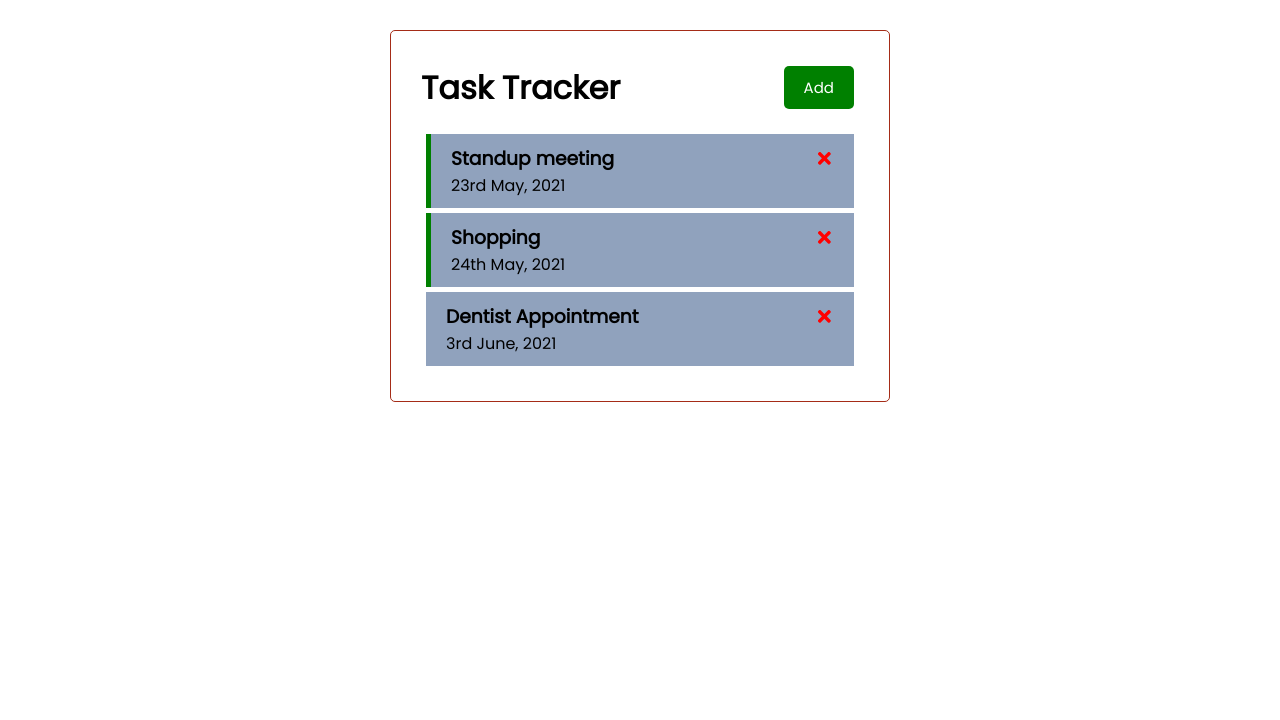
Repository: NIMRAH97/React-Strap-Test
Page: /
An editor plug-in stored every save of this project. The page is shown before and after the next save, followed by the edit.
The browser window is 1280 px wide. The pictures show the whole page.
The project was rebuilt for these pictures with package versions that can differ from the ones it lists, and the page was loaded fresh each time.

Above is the page before, as saved 2021-05-22 20:38:24.

### src/index.css
@import url('https://fonts.googleapis.com/css2?family=Poppins:wght@300;400&display=swap');

* {
  box-sizing: border-box;
  margin: 0;
  padding: 0;
}

body {
  font-family: 'Poppins', sans-serif;
}

.container {
  max-width: 500px;
  margin: 30px auto;
  overflow: auto;
  min-height: 300px;
  border: 1px solid rgb(165, 44, 23);
  padding: 30px;
  border-radius: 5px;
}

.header {
  display: flex;
  justify-content: space-between;
  align-items: center;
  margin-bottom: 20px;
}

.btn {
  display: inline-block;
  background: #000;
  color: #fff;
  border: none;
  padding: 10px 20px;
  margin: 5px;
  border-radius: 5px;
  cursor: pointer;
  text-decoration: none;
  font-size: 15px;
  font-family: inherit;
}

.btn:focus {
  outline: none;
}

.btn:active {
  transform: scale(0.98);
}

.btn-block {
  display: block;
  width: 100%;
}

.task {
  background: #90a2bd;
  margin: 5px;
  padding: 10px 20px;
  cursor: pointer;
}

.task.reminder {
  border-left: 5px solid green;
}

.task h3 {
  display: flex;
  align-items: center;
  justify-content: space-between;
}

.add-form {
  margin-bottom: 40px;
}

.form-control {
  margin: 20px 0;
}

.form-control label {
  display: block;
}

.form-control input {
  width: 100%;
  height: 40px;
  margin: 5px;
  padding: 3px 7px;
  font-size: 17px;
}

.form-control-check {
  display: flex;
  align-items: center;
  justify-content: space-between;
}

.form-control-check label {
  flex: 1;
}

.form-control-check input {
  flex: 2;
  height: 20px;
}

footer {
  margin-top: 30px;
  text-align: center;
}

### src/App.js
import { useState } from 'react';
import Header from './components/Header';
import Tasks from './components/Tasks';

const App = () => {
  const [tasks, setTasks] = useState([
    {
      id: 1,
      text: "Standup meeting",
      day: '23rd May, 2021',
      reminder: true

    },
    {
      id: 2,
      text: "Shopping",
      day: '24th May, 2021',
      reminder: true

    },
    {
      id: 3,
      text: "Dentist Appointment",
      day: '3rd June, 2021',
      reminder: false

    }

  ])

  //delete task
  const deleteTask = (id) => {
    setTasks(tasks.filter(((task) => task.id !== id)))
  }
  //toggle reminder
  const toggleReminder = (id) => {
    setTasks(tasks.map((task) => task.id === id ? { ...task, reminder: !task.reminder } : task))

  }
  return (
    <div className='container'>
      <Header />

      {tasks.length > 0 ? (<Tasks tasks={tasks} onDelete={deleteTask} onToggle={toggleReminder} />) :
        ('No tasks to show')}
    </div>
  )
}

export default App;

### src/components/Header.js
import PropTypes from 'prop-types'
import Button from './Button'
const Header = ({ title }) => {
  const onClick = () => {
    console.log("click triggered")
  }
  return (
    <header className="header">
      <h1>{title}</h1>
      <Button color="green" text='Add' onClick={onClick} />
    </header>
  )
}

Header.defaultProps = {
  title: "Task Tracker",
}
Header.propTypes = {
  title: PropTypes.string.isRequired,
}
export default Header

### src/components/Tasks.js
import Task from './Task'
const Tasks = ({ tasks, onDelete, onToggle }) => {
  return (
    <>
      {tasks.map((task) => (
        <Task key={task.id} task={task} onDelete={onDelete} onToggle={onToggle} />
      ))}
    </>
  )
}

export default Tasks

### src/components/Button.js
import PropTypes from 'prop-types'

const Button = ({ color, text, onClick }) => {

    return <button onClick={onClick} style={{ backgroundColor: color }} className='btn'>{text}</button>
}

Button.defaultProps = {
    color: 'steelBlue',
}
Button.propTypes = {
    text: PropTypes.string,
    color: PropTypes.string,
    onClick: PropTypes.func,
}

export default Button

### src/components/Task.js
import { FaTimes } from 'react-icons/fa'
const Task = ({ task, onDelete, onToggle }) => {
  return (
    <div className={`task ${task.reminder ? 'reminder' : ''}`} onDoubleClick={() => onToggle(task.id)}>
      <h3>
        {task.text}<FaTimes style={{ color: 'red', cursor: 'pointer' }} onClick={() => onDelete(task.id)} />
      </h3>
      <p>{task.day}</p>

    </div>
  )
}

export default Task

### src/components/AddTask.js
import React from 'react'

const AddTask = () => {
  return (
    <form className='add-form'>
      <div className='form-control'>
        <label>Task</label>
        <input type='text' placeholder='Add Task'></input>
      </div>
      <div className='form-control'>
        <label>Add Day and Time</label>
        <input type='text' placeholder='Add Day and Time'></input>
      </div>
      <div className='form-control'>
        <label>Set Reminder</label>
        <input type='checkbox'></input>
      </div>
      <input type='submit' value='Save Task' />
    </form>
  )
}

export default AddTask

Loaded but not shown: public/index.html (common file); src/index.js (common file); src/reportWebVitals.js (common file)

After the next save:
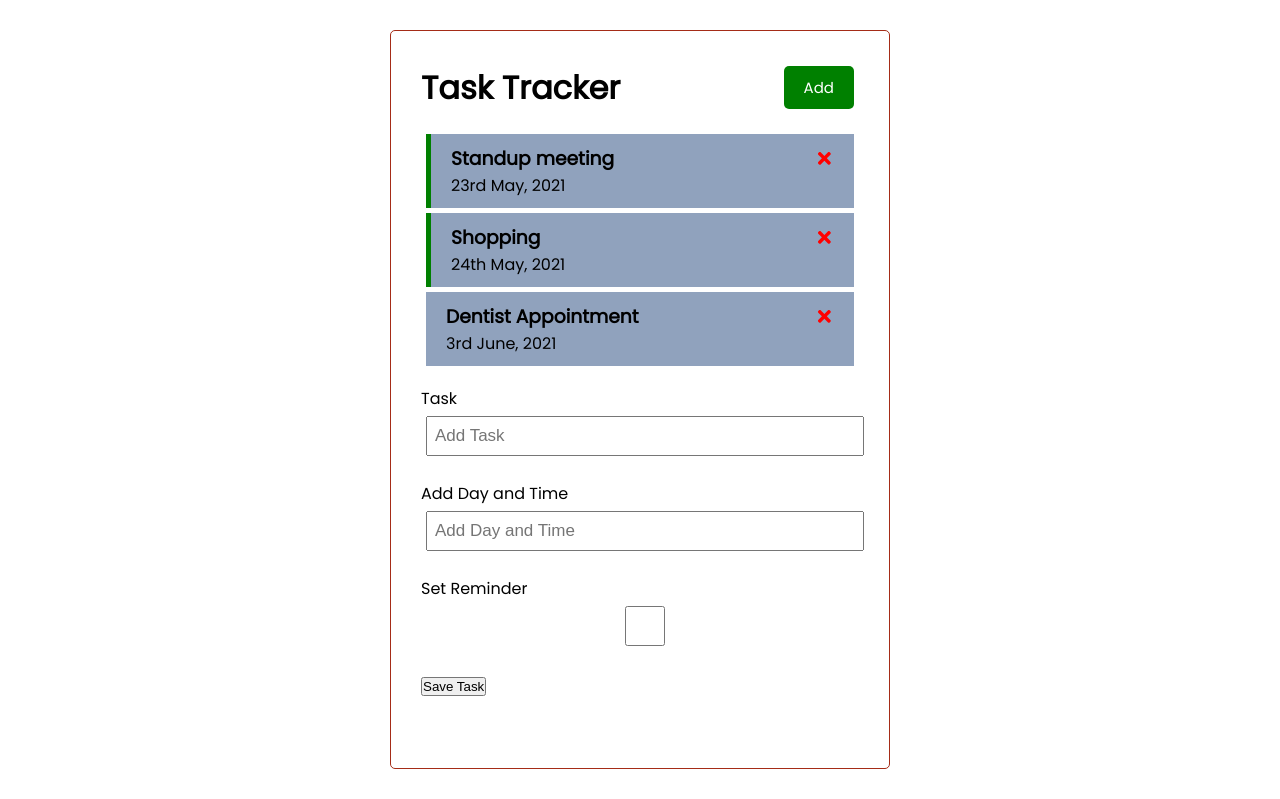
Saved 80 s later.
--- a/src/App.js
+++ b/src/App.js
@@ -1,6 +1,8 @@
 import { useState } from 'react';
+import AddTask from './components/AddTask';
 import Header from './components/Header';
 import Tasks from './components/Tasks';
+
 
 const App = () => {
   const [tasks, setTasks] = useState([
@@ -43,6 +45,7 @@ const App = () => {
 
       {tasks.length > 0 ? (<Tasks tasks={tasks} onDelete={deleteTask} onToggle={toggleReminder} />) :
         ('No tasks to show')}
+      <AddTask />
     </div>
   )
 }
